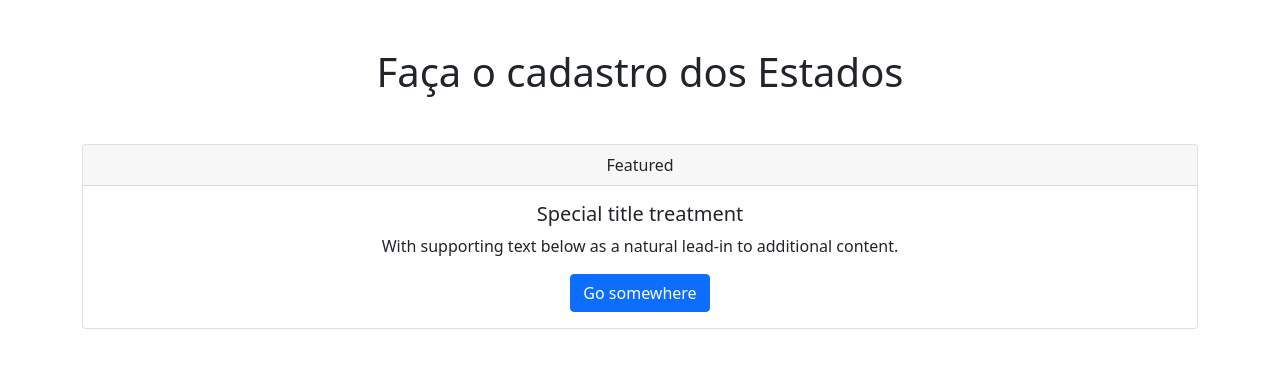
Repository: danielandradedasilva/ProjetoWebJava
Page: http://localhost/projetoweb/
An editor plug-in stored every save of this project. The page is shown before and after the next save, followed by the edit.
The browser window is 1280 px wide. The pictures show the whole page.
The page is served by Tomcat 9.

Above is the page before, as saved 2021-05-10 01:50:25.

After the next save:
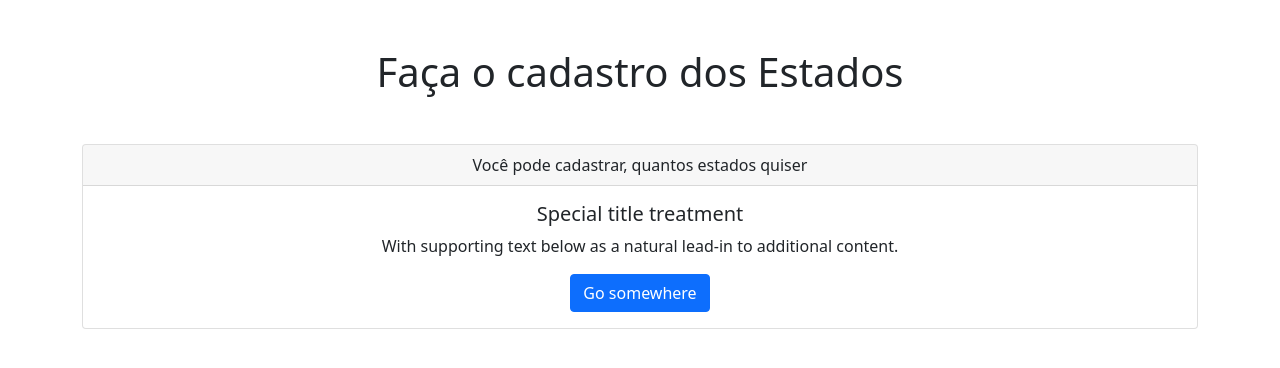
Saved 53 s later.
--- a/projetoweb/src/main/webapp/index.jsp
+++ b/projetoweb/src/main/webapp/index.jsp
@@ -19,7 +19,7 @@
 
 		<div class="card text-center">
 			<div class="card-header">
-			    Featured
+			    Você pode cadastrar, quantos estados quiser
 			</div>
 		 <div class="card-body">
 		    <h5 class="card-title">Special title treatment</h5>
